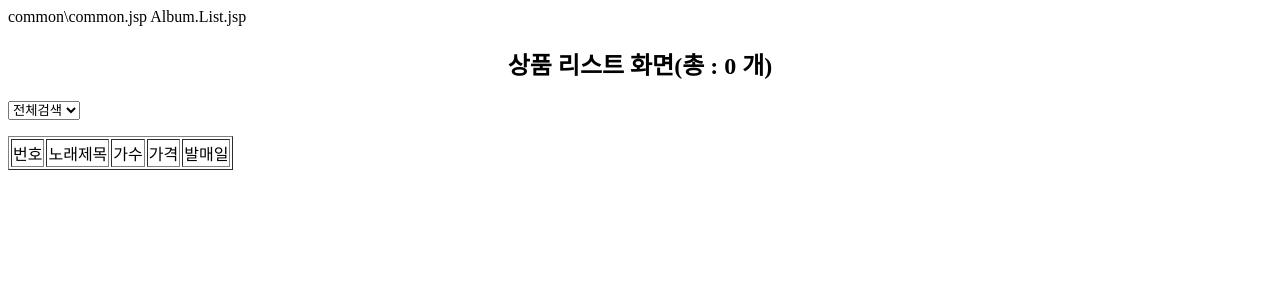
Repository: ChanhoPark-s/academyStudy
Page: http://localhost/13_Spring_MyBatis_Album/WEB-INF/album/AlbumList.jsp
The author's editor kept a copy of each file at every save. The page is drawn from the files as they stood at one save, then again after the next save.
The browser window is 1280 px wide. The pictures show the whole page.
The page is served by Tomcat 9. Nobody is signed in. Other server files are loaded and not shown. The template is opened directly, without the code that normally fills it, so the values that code supplies are empty.

Above is the page before, as saved 2022-08-23 07:33:21.

### 13_Spring_MyBatis_Album/src/main/webapp/WEB-INF/album/AlbumList.jsp
<%@ page language="java" contentType="text/html; charset=UTF-8"
    pageEncoding="UTF-8"%>
<%@ include file = "../common/common.jsp" %>
Album.List.jsp<br>

<h2 align="center">상품 리스트 화면(총 : ${fn:length(lists) } 개)</h2>
<form action="list.ab" method="get">
	<select name="whatColumn">
		<option value="">전체검색
		<option value="title">노래제목
		<option value="singer">가수명
	</select>
</form>
<table border="1">
	<tr>
		<td>번호</td>
		<td>노래제목</td>
		<td>가수</td>
		<td>가격</td>
		<td>발매일</td>
	</tr>
	<c:forEach var="ab" items="${ lists}">
		<tr>
			<td>${ab.num }</td>
			<td>${ab.title }</td>
			<td>${ab.singer }</td>
			<td>
				<fmt:formatNumber pattern="###,###" value="${ab.price }" var="price"/>원
			</td>
			<td>
				<fmt:parseDate var="formattedDay" value="${ab.day }" pattern="yyyy-MM-dd"/>
				<fmt:formatDate var="newformattedDay" value="${formattedDay }" pattern="yyyy-MM-dd"/>
				${newformattedDay }
			</td>
		</tr>
	</c:forEach>

</table>

### 13_Spring_MyBatis_Album/src/main/webapp/WEB-INF/common/common.jsp
<%@ page language="java" contentType="text/html; charset=UTF-8"
    pageEncoding="UTF-8"%>
common\common.jsp

<!-- 유효성 검사 -->
<%@taglib prefix="form" uri="http://www.springframework.org/tags/form" %>

<%@ taglib prefix="c" uri="http://java.sun.com/jsp/jstl/core" %>
<%@ taglib prefix="fn" uri="http://java.sun.com/jsp/jstl/functions" %>
<%@ taglib prefix="fmt" uri="http://java.sun.com/jsp/jstl/fmt" %>

After the next save:
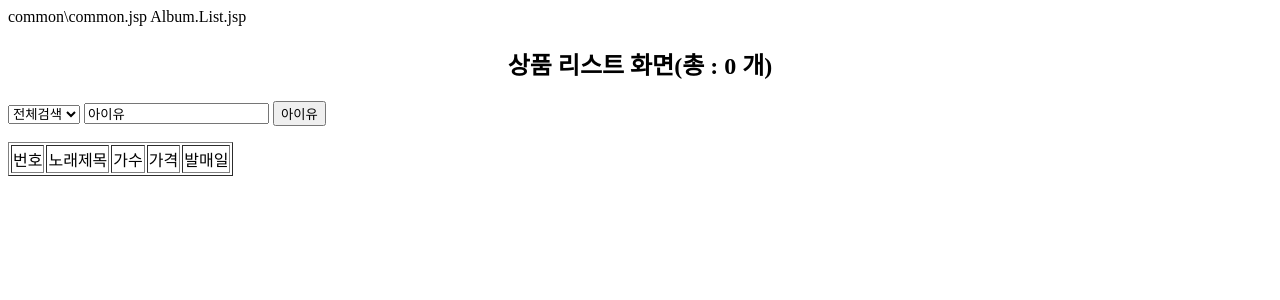
Saved 28 s later.
--- a/13_Spring_MyBatis_Album/src/main/webapp/WEB-INF/album/AlbumList.jsp
+++ b/13_Spring_MyBatis_Album/src/main/webapp/WEB-INF/album/AlbumList.jsp
@@ -10,6 +10,9 @@ Album.List.jsp<br>
 		<option value="title">노래제목
 		<option value="singer">가수명
 	</select>
+	<input type="text" name="keyword" value="아이유">
+	<input type="submit" name="keyword" value="아이유">
+
 </form>
 <table border="1">
 	<tr>
